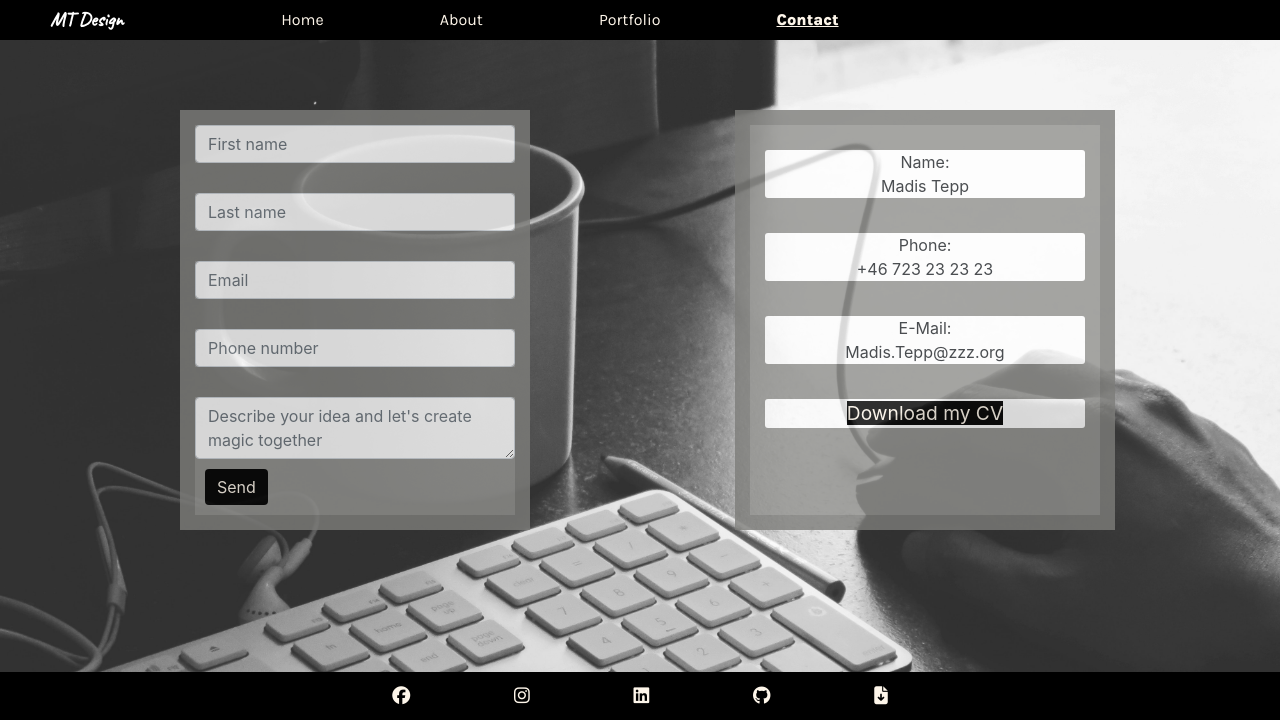
Repository: teppm/personal-portfolio
Page: contact.html
The author's editor kept a record of every edit. The page is drawn from the files as they stood at one moment, then again after the next edit.
The browser window is 1280 px wide. The pictures show the whole page.
Some web libraries are served in a nearby version.

Above is the page before.

### contact.html
<!DOCTYPE html>
<html lang="en">

<head>
    <meta charset="UTF-8">
    <meta name="viewport" content="width=device-width, initial-scale=1.0, shrink-to-fit=no">
    <meta http-equiv="X-UA-Compatible" content="ie=edge">
    <meta name="keywords" content="web, developer, portfolio, full stack, programmer">
    <meta name="author" content="Madis Tepp">
    <meta name="description" content="Web developer portfolio">
    <link rel="stylesheet " href="https://stackpath.bootstrapcdn.com/bootstrap/4.3.1/css/bootstrap.min.css" integrity="sha384-ggOyR0iXCbMQv3Xipma34MD+dH/1fQ784/j6cY/iJTQUOhcWr7x9JvoRxT2MZw1T" crossorigin="anonymous">
    <link href="https://fonts.googleapis.com/css?family=Karla:200,200i,400,400i,700,700i,800,800i&display=swap" rel="stylesheet">
    <link href="https://fonts.googleapis.com/css?family=Caveat&display=swap" rel="stylesheet">
    <link rel="stylesheet" href="assets/css/style.css" type="text/css" />
    <title>Madis Tepp</title>
</head>


<body>

<!--navbar-->

<nav class="navbar navbar-expand-lg fixed-top navbar-dark">
    <a class="navbar-brand" href="index.html">MT Design</a>
    <button class="navbar-toggler" type="button" data-toggle="collapse" data-target="#navbarSupportedContent" aria-controls="navbarSupportedContent" aria-expanded="false" aria-label="Toggle navigation">
    <span class="navbar-toggler-icon"></span>
    </button>

    <div class="collapse navbar-collapse" id="navbarSupportedContent">
        <ul class="navbar-nav mr-auto">
            <li class="nav-item">
                <a class="nav-link" href="index.html">Home</a>
            </li>
            <li class="nav-item ">
                <a class="nav-link" href="aboutme.html">About</a>
            </li>
            <li class="nav-item">
                <a class="nav-link" href="portfolio.html">Portfolio</a>
            </li>
            <li class="nav-item active">
                <a class="nav-link" href="contact.html">Contact <span class="sr-only">(current)</span></a>
            </li>
        </ul>
    </div>
</nav>

<!--navbar end-->
<main>
    <div class="container">
        <div class="row justify-content-around">


            <!--contact form-->


            <div class="col-lg-4 col-sm-12">
                <form class="form-style">
                    <div class="contact-page-style">
                        <input type="text" class="form-control" placeholder="First name" required>
                    </div>
                    <div class="contact-page-style">
                        <input type="text" class="form-control" placeholder="Last name" required>
                    </div>
                    <div class="contact-page-style">

                        <input type="email" class="form-control" placeholder="Email" required>
                    </div>
                    <div class="contact-page-style">
                        <input type="tel" class="form-control" placeholder="Phone number" required>
                    </div>
                    <div class="contact-page-style">
                        <textarea class="form-control" placeholder="Describe your idea and let's create magic together" required></textarea>
                        <button class="btn btn-primary" type="submit">Send</button>

                    </div>
                </form>
            </div>

            <!--contact form end-->


            <!--contact details-->

            <div class="col-lg-4 col-sm-12 contact-page-style contact-details-style">
                <ul class="contact-list">
                        <li class="contact-details">Name: <br>Madis Tepp</li>
                        <li class="contact-details">Phone: <br>+46 723 23 23 23</li>
                        <li class="contact-details">E-Mail: <br>Madis.Tepp@zzz.org</li>
                </ul>
                    <div class="contact-details">
                        <a  href="assets/images/Madis_Tepp_CV_2019.docx" target="_blank" class="download-resume">Download my CV</a>
                    </div>
            </div>

            <!--contact details end-->

        </div>
    </div>
</main>

<!--footer section starts here-->


    <footer class="footer fixed-bottom container-fluid">
        <a href="https://www.facebook.com/madis.tepp" target="_blank" title="Visit my Facebook pages"><i class="fab fa-facebook social-links"></i></a>
        <span class="sr-only ">Facebook</span>
        <a href="https://www.instagram.com/teppm/" target="_blank" title="Visit my Instagram account"><i class="fab fa-instagram social-links"></i></a>
        <span class="sr-only ">Instagram</span>
        <a href="https://www.linkedin.com/in/madis-tepp-1a0283b1/" target="_blank" title="Visit my Linkedin account"><i class="fab fa-linkedin social-links"></i></a>
        <span class="sr-only ">Linkedin</span>
        <a href="https://github.com/teppm " target="_blank" title="Visit my GitHub account"><i class="fab fa-github social-links"></i></a>
        <span class="sr-only ">GitHub</span>
        <a href="assets/images/Madis_Tepp_CV_2019.docx" target="_blank" title="Download my resume"><i class="fas fa-file-download social-links"></i></a>
        <span class="sr-only">Resume</span>
    </footer>


<!--footer section ends-->


<!--scrips-->

    <script src="https://code.jquery.com/jquery-3.2.1.slim.min.js" integrity="sha384-KJ3o2DKtIkvYIK3UENzmM7KCkRr/rE9/Qpg6aAZGJwFDMVNA/GpGFF93hXpG5KkN" crossorigin="anonymous"></script>
    <script src="https://cdnjs.cloudflare.com/ajax/libs/popper.js/1.12.9/umd/popper.min.js" integrity="sha384-ApNbgh9B+Y1QKtv3Rn7W3mgPxhU9K/ScQsAP7hUibX39j7fakFPskvXusvfa0b4Q" crossorigin="anonymous"></script>
    <script src="https://maxcdn.bootstrapcdn.com/bootstrap/4.0.0/js/bootstrap.min.js" integrity="sha384-JZR6Spejh4U02d8jOt6vLEHfe/JQGiRRSQQxSfFWpi1MquVdAyjUar5+76PVCmYl" crossorigin="anonymous"></script>
    <script src="https://kit.fontawesome.com/adecd2bab8.js"></script>
</body>
</html>

### assets/css/style.css
/*----------------------------html*/

html {
    background-image: url("../images/rayi-christian-wicaksono-6PF6DaiWz48-unsplash.jpg");
    background-repeat: no-repeat;
    background-color: black;
    background-size: cover;
    min-width: 100%;
    min-height: 100%;
    overflow-y: auto;



}

/*---------------------------------body*/

body {

    background-color: transparent;
    padding-bottom: 60px;
    padding-top: 60px;
}


/*---------------------------------navbar*/

.navbar {
    font-family: "Karla", sans-serif;
    font-weight: bolder;
    color: #FEF6EA;
    padding: 0px;
}



.navbar-dark .navbar-nav .nav-link {
    color: #FEF6EA;
    font-weight: normal;
}

.navbar-dark .navbar-nav .nav-link:hover {
    color: #E8FF00;
}

.navbar-dark .navbar-nav .active>.nav-link {
    color: #FEF6EA;
    font-weight: bolder;
    text-decoration: underline;

}

.navbar-dark>.navbar-brand {
    background-color: #000000;
    margin-right: 50px;
    padding-right: 50px;
    padding-left: 50px;
    color: #E8FF00;
    font-family: "Caveat", cursive;

}

.nav-link {
    margin: 0px 50px 0px 50px;
}
.navbar.navbar-expand-lg.fixed-top.navbar-dark {
    background-color: #000000;
}


/*----------------------------------index.html page content*/

.index-text-style {
    color: #FEF6EA;
    text-align: center;
    background-color: #91918E;
    opacity: 0.8;
    border: 15px solid #7D7D7A;
    margin: 0px 15px 0px 15px;
}

.embed-responsive {
    width: 70%;
    opacity: 0.9;
}


/*--------------------------------------about.html page content*/

.about,
.skills,
.work-history {
    background-color: #91918E;
    border: 15px solid #7D7D7A;
    padding-bottom: 25px;
    padding-top: 25px;
    opacity: 0.8;
    margin: 0px 15px 0px 15px;
    color: #FEF6EA;




}

.about-image {
    width: 100%;
    height: 100%;
    border: 15px solid #7D7D7A;



}

.about-image-container {
    padding-left: 0px;
    padding-right: 0px;
    margin: 0px 15px 0px 15px;

}



.work-history-style {
    padding-left: 0px;
}

.about-me-p {
    margin: 0px;
    font-size: small;
    text-align: left;
    color: #FEF6EA;

}

.progress {
    background-color: #5e6164;
}

.progress-bar {
    background-color: #000000;
}

h4 {
    text-decoration: underline;
}

h6 {
    margin-top: 10px;
    margin-bottom: 0px;
}

/*---------------------------------portfolio page content*/

.works-done {
    background-color: #91918E;
    border: 15px solid #7D7D7A;
    opacity: 0.8;
    font-size: small;
    padding-bottom: 70px;
    margin: 0px 15px 0px 15px;


}

.portfolio-p {
    margin-top: 15px;
    text-align: center;
    color: #FEF6EA;

}

.portfolio-image {
    width: 100%;
    height: 100%;
    padding-bottom: 35px;
}

.portfolio-heading {
    margin-bottom: 50px;
    color: #FEF6EA;
    text-align: center;
}

/*---------------------------------contact page content*/

.contact-page-style {
    background-color: #91918E;
    border: 15px solid #7D7D7A;
    opacity: 0.8;


}

.contact-p {
    background-color: #91918E;
    text-align: center;
    font-weight: bold;
    opacity: 0.8;
    color: #FEF6EA;
}


.btn {
    background-color: black;
    border: 15px black;
    color: #FEF6EA;
    margin: 10px;
}

.btn:hover {
    color: #960A03;
    background-color: black;
}

.btn:visited {
    color: #960A03;
    color: #E8FF00;
}

.contact-details {
    background-color: white;
    margin-top: 25px;
    margin-bottom: 35px;
    text-align: center;
    border-radius: 3px;
}

.download-resume {
    color: #FEF6EA;
    font-size: larger;
    background-color: black;
    width: 100%;


}

.download-resume:hover {
    text-decoration: none;
    color: #E8FF00;
}

.contact-list {
    padding-left: 0px;

}

.form-style {
    padding:0px;

}


/*---------------------------------footer*/

.social-links {
    color: #FEF6EA;
    font-size: large;
    transition: all;
    transition-timing-function: ease-in-out;
    margin: 15px 50px 15px 50px;


}

.social-links:hover {
    color: #E8FF00;
    text-decoration: none;


}

.footer {
    font-family: "Karla", sans-serif;
    text-align: center;
    bottom: 0px;
    background-color: #000000;

}


/*--------------------------------------list*/

li {
    list-style-type: none;
    text-align: center;
}





/*--------------------------------------img-fluid*/

.img-fluid {
    max-width: 100%;
    height: auto;
}




/*------------------------------------------container*/

.container {

    margin-top: 50px;

}



/*----------------------------------------------media query--*/

@media (max-width:767px) {
    .social-links {
        margin: 15px;
    }

}

@media (max-width:1024px) {
    .works-done {
        padding-bottom: 100px;

    }

    .contact-details-style {
        margin-left: 15px;
        margin-right: 15px;

    }

    .embed-responsive {
        width: 90%;
    }
}

@media (max-with:576px) {
     .form-style {
         padding-left:15px;
        padding-right: 15px;

}
}

After the next edit:
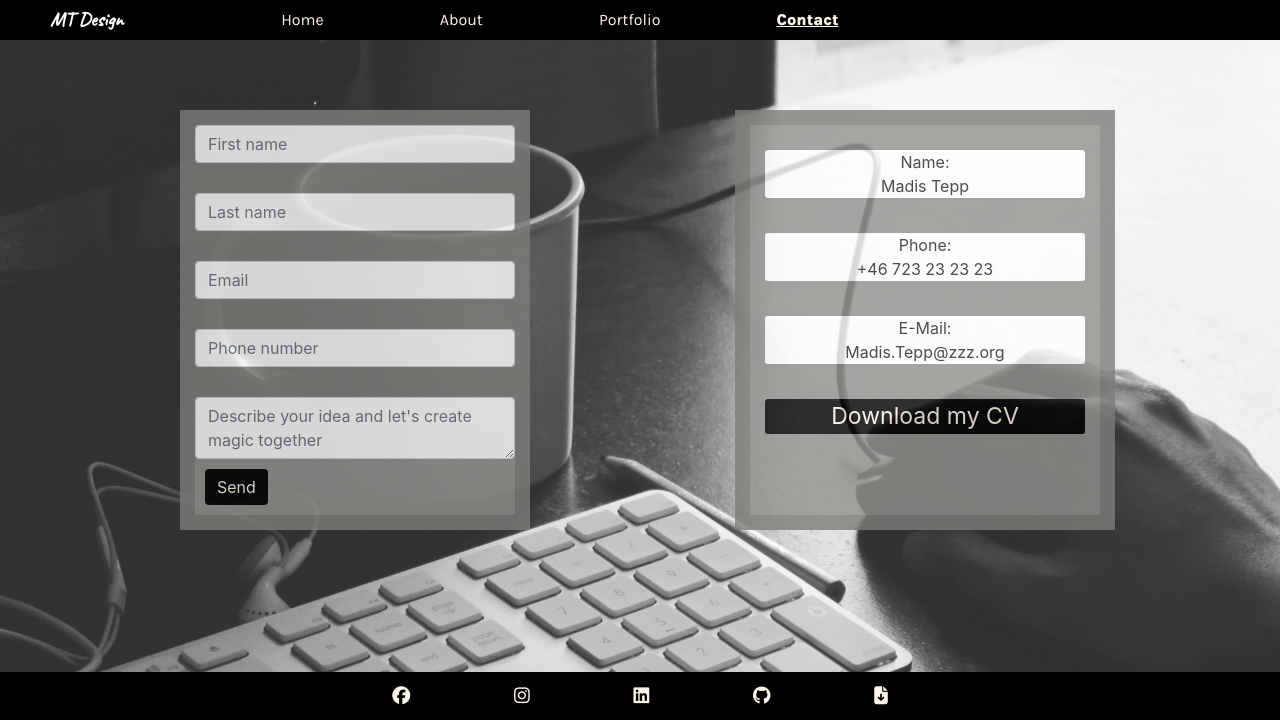
The edit:
--- a/contact.html
+++ b/contact.html
@@ -87,7 +87,7 @@
                         <li class="contact-details">Phone: <br>+46 723 23 23 23</li>
                         <li class="contact-details">E-Mail: <br>Madis.Tepp@zzz.org</li>
                 </ul>
-                    <div class="contact-details">
+                    <div class="contact-details download-resume">
                         <a  href="assets/images/Madis_Tepp_CV_2019.docx" target="_blank" class="download-resume">Download my CV</a>
                     </div>
             </div>
